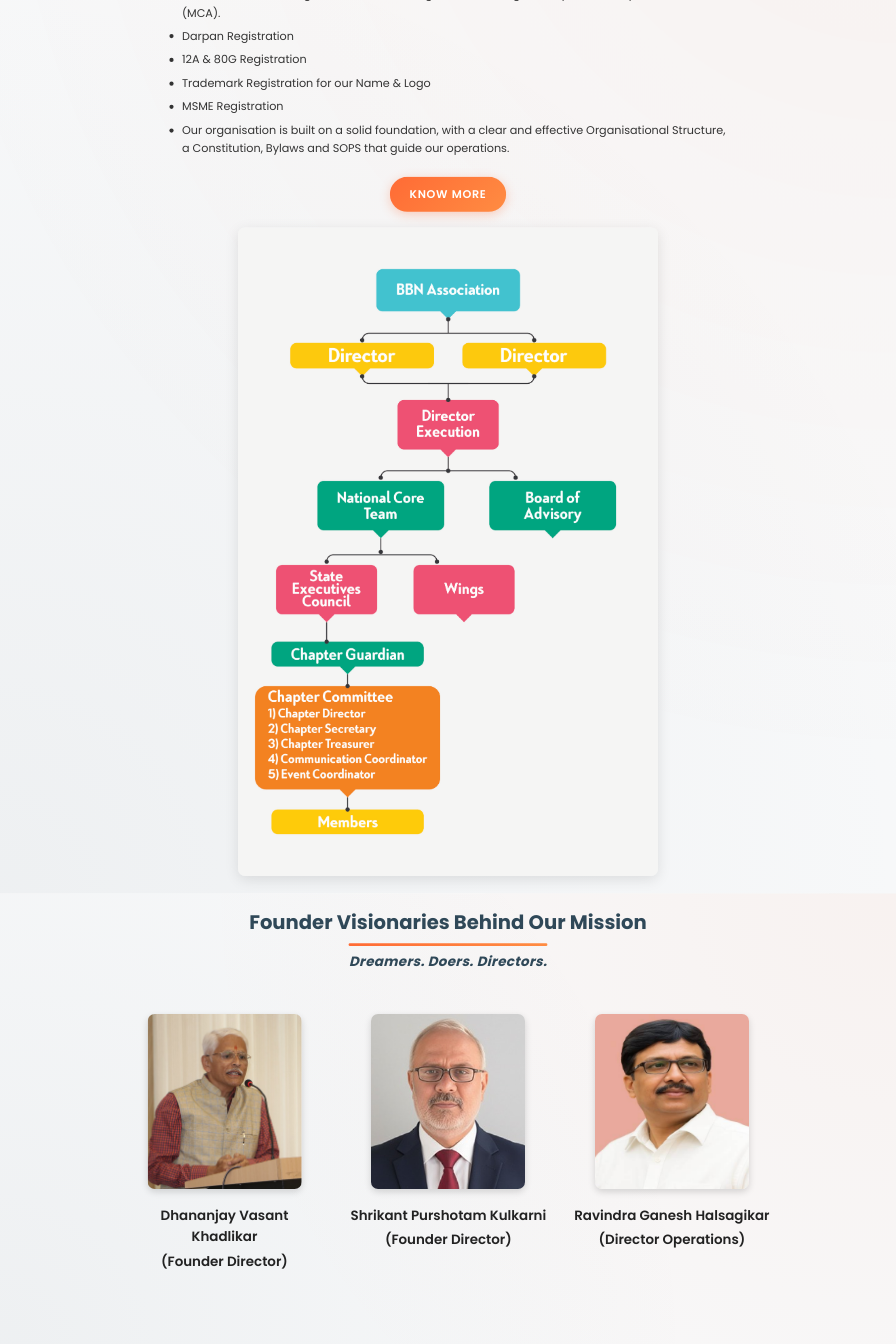
Repository: Snehaldahiphale/bbn-association
Page: index.html
An editor plug-in stored every save of this project. The page is shown before and after the next save, followed by the edit.
The browser window is 1280 px wide. The pictures show the part of the page from y = 1032 to 2952 px (the page is 9015 px tall before and 8937 px after), at 70% of full size.

Above is the page before, as saved 2026-03-18 12:32:41.

After the next save:
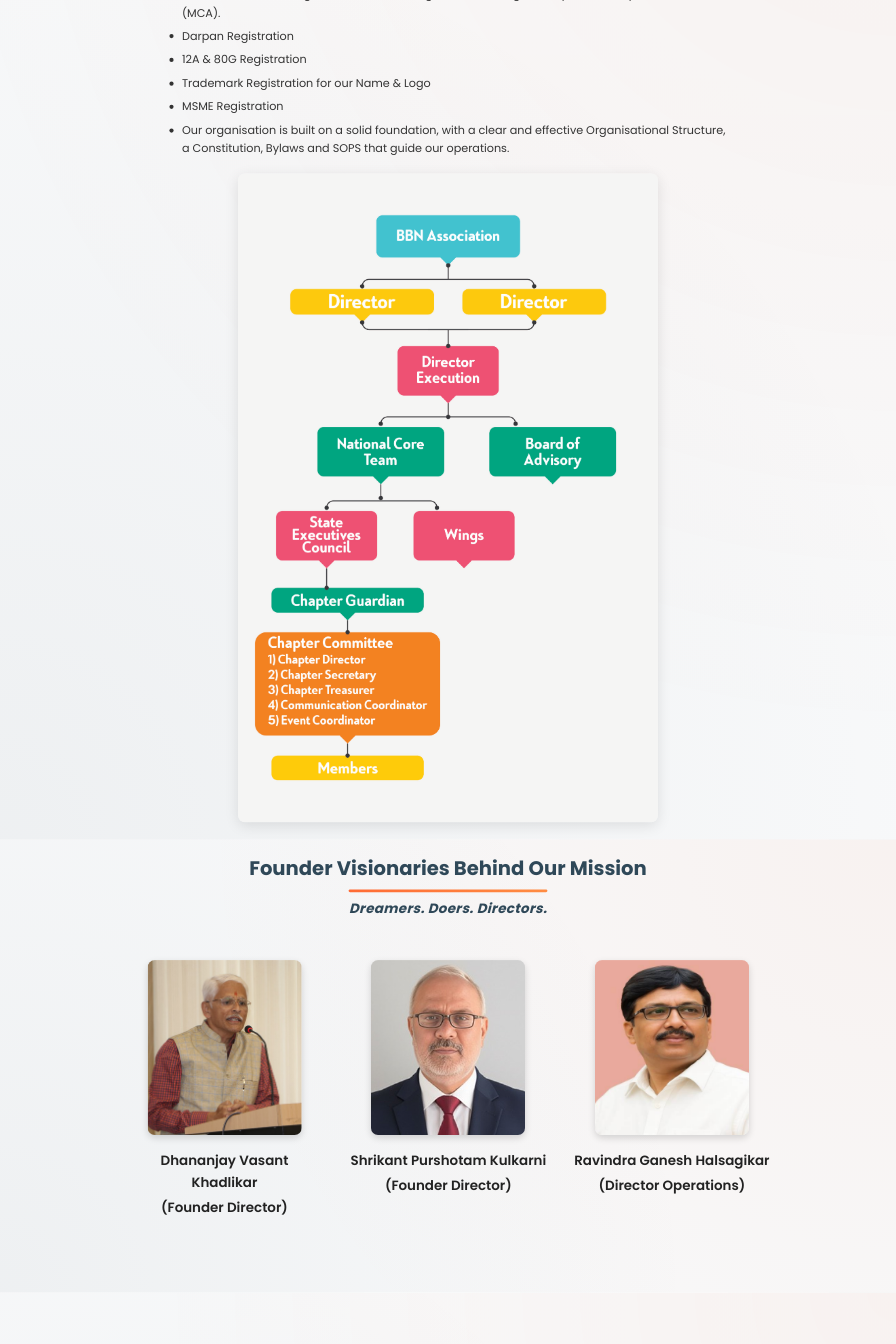
Saved 57 s later.
--- a/index.html
+++ b/index.html
@@ -130,19 +130,6 @@
           <li>Our organisation is built on a solid foundation, with a clear and effective Organisational Structure, a Constitution, Bylaws and SOPS that guide our operations.</li>
         </ul>
 
-        <!-- JOIN NOW BUTTON -->
-    <a
-  href="assets/images/bbna-udyogved.pdf"
-  target="_blank"
-  rel="noopener noreferrer"
-  class="btn-primary"
-  style="background-color: #ff6b2b; color: white; padding: 12px 28px; border-radius: 25px; text-decoration: none; font-weight: 600; display: inline-block; transition: background 0.3s; margin-top:20px;"
-  onmouseover="this.style.backgroundColor='#e55d1d'"
-  onmouseout="this.style.backgroundColor='#ff6b2b'"
->
-  Know More
-</a>
-
       </div>
 
       <div class="about-image">
